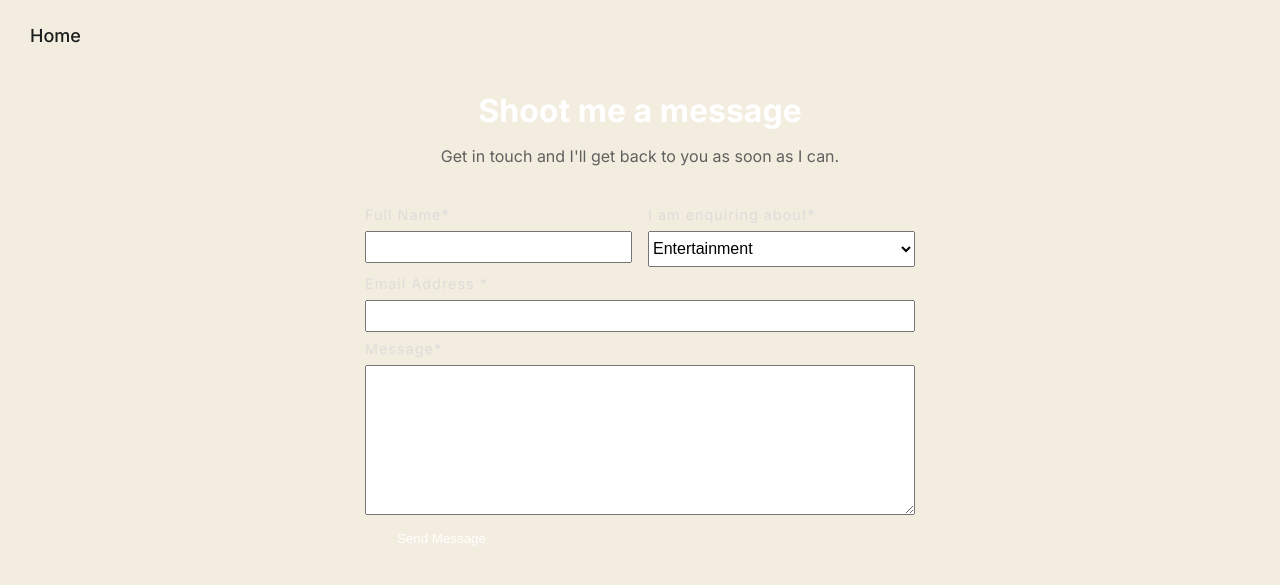
Repository: David-Waite/David-Waite-Portfolio
Page: /contact
The author's editor kept a copy of each file at every save. The page is drawn from the files as they stood at one save, then again after the next save.
The browser window is 1280 px wide. The pictures show the whole page.
The project was rebuilt for these pictures with package versions that can differ from the ones it lists, and the page was loaded fresh each time. The framework's server and built-in components were replaced by stand-ins that run in the browser. Also part of the build but not shown: next.config.js, app/components/Nav/NavButton/navButton.module.css, app/components/Nav/NavButton/NavButton.tsx.

Above is the page before, as saved 2023-07-26 19:59:32.

### app/layout.tsx
import "./globals.css";
import type { Metadata } from "next";
import { Inter } from "next/font/google";
import Link from "next/link";
import NavBar from "./components/Nav/NavBar/NavBar";

const inter = Inter({ subsets: ["latin"] });

export const metadata: Metadata = {
  title: "Create Next App",
  description: "Generated by create next app",
};

export default function RootLayout({
  children,
}: {
  children: React.ReactNode;
}) {
  return (
    <html lang="en">
      <body className={inter.className}>
        <NavBar />
        {children}
      </body>
    </html>
  );
}

### app/contact/page.tsx
import { Metadata, NextPage } from "next/types";
import { Contact } from "../components/Contact/contact";

export const metadata: Metadata = {
  title: "Contact | Fifth Layer Music",
};

const ContactPage: NextPage = () => {
  return <Contact />;
};

export default ContactPage;

### app/contact/send/route.ts
import mail from "@sendgrid/mail";
import { NextResponse } from "next/server";

// Create an api key in sendgrid and store someplace safe
mail.setApiKey(process.env.SENDGRID_API_KEY || "");

type ResponseData = {
  status?: string;
  message?: string;
};

export async function POST(request: Request) {
  let response: ResponseData = {};
  const body = await request.json();
  // I know the formData I sent in my request has name, email, and message fields so I'm just manually grabbing them to format a message
  const message = `
    Name: ${body.name}\r\n
    Enquiring: ${body.enquiring}\r\n
    Email: ${body.email}\r\n
    Message: ${body.message}

  `;
  const data = {
    to: "davidwaite122@gmail.com",
    from: "davidwaiteportfolio@zohomail.com.au",
    subject: "Contact Message via Sendgrid",
    text: message,
    html: message.replace(/\r\n/g, "<br>"),
  };

  // Send the data and create a response object. I'm using status and message to display a success or fail notification in the UI
  await mail
    .send(data)
    .then(() => {
      response = {
        status: "success",
        message: "Your message was sent. I'll be in contact shortly.",
      };
    })
    .catch((error) => {
      response = {
        status: "error",
        message: `Message failed to send with error, ${error}`,
      };
    });

  return NextResponse.json(response);
}

### app/globals.css
:root {
  --primary: #255b48;
  --black: #191d1b;
  --background: #f3eddf;
  --white: #ffffff;
  --grey: #606060;
}

.paragraph {
  font-size: 18px;
  font-style: normal;
  font-weight: 400;
  line-height: 25.2px;
  color: var(--black);
}

body {
  background-color: var(--background);
}

* {
  padding: 0;
  margin: 0;
  box-sizing: border-box;
}

### app/components/Nav/NavBar/NavBar.tsx
"use client";
import NavButton from "../NavButton/NavButton";
import styles from "./navBar.module.css";
import { usePathname } from "next/navigation";

import Link from "next/link";

export default function NavBar() {
  const currentRoute = usePathname();

  return (
    <nav className={styles.container}>
      <Link href={`./${currentRoute === "/" ? "about" : "/"}`}>
        {currentRoute === "/" ? "About" : "Home"}
      </Link>

      {currentRoute !== "/contact" && <NavButton />}
    </nav>
  );
}

### app/components/Contact/contact.tsx
"use client";

import { FormEvent, useState } from "react";
import styles from "./contact.module.css";
import { useSearchParams } from "next/navigation";
export const Contact = () => {
  const [message, setMessage] = useState<string>("");
  const [status, setStatus] = useState<string>("");
  const [disabled, setDisabled] = useState<boolean>(false);
  const searchParams = useSearchParams();

  const enquiry = searchParams.get("enquiry");

  const onContactFormSubmit = async (e: FormEvent<HTMLFormElement>) => {
    e.preventDefault();
    const formData: { [key: string]: string } = {};
    const elements = e.currentTarget.elements as unknown as Array<
      HTMLInputElement | HTMLTextAreaElement | HTMLButtonElement
    >;

    Array.from(elements).forEach((field) => {
      if (!field.name) return;
      formData[field.name] = field.value;
    });

    await fetch("/contact/send", {
      method: "POST",
      body: JSON.stringify(formData),
    })
      .then((res) => res.json())
      .then((res) => {
        setMessage(res.message);
        setStatus(res.status);
        setDisabled(res.message.length > 0);
      });
  };

  return (
    <div className={styles.container}>
      <h1 className="heading3">Shoot me a message</h1>
      <p>Get in touch and I&apos;ll get back to you as soon as I can.</p>

      <form onSubmit={onContactFormSubmit}>
        {message.length > 0 ? (
          <div
            className={`paragraph ${styles.alert} ${
              status ? styles.alertSuccess : styles.alertError
            }`}
          >
            <span>{message}</span>
          </div>
        ) : null}
        <div className={styles.topForm}>
          <div className={styles.inputCon}>
            <label htmlFor="name">
              <span>Full Name*</span>
            </label>
            <input
              type="text"
              name="name"
              id="name"
              required
              disabled={disabled}
            />
          </div>
          <div className={styles.inputCon}>
            <label htmlFor="enquiring">
              <span>I am enquiring about*</span>
            </label>

            <select
              name="enquiring"
              id="enquiring"
              required
              disabled={disabled}
            >
              <option
                selected={enquiry === "entertainment" ? true : false}
                value="Entertainment"
              >
                Entertainment
              </option>
              <option
                selected={enquiry === "studio" ? true : false}
                value="Studio/Recording"
              >
                Studio/Recording
              </option>
              <option
                selected={enquiry === "accompaniment" ? true : false}
                value="Accompaniment"
              >
                Accompaniment
              </option>
              <option value="Other">Other</option>
            </select>
          </div>
        </div>

        <div className={styles.inputCon}>
          <label htmlFor="email">
            <span>Email Address *</span>
          </label>
          <input
            type="email"
            name="email"
            id="email"
            required
            disabled={disabled}
          />
        </div>

        <div className={`${styles.message} ${styles.inputCon}`}>
          <label htmlFor="message">
            <span>Message*</span>
          </label>
          <textarea
            rows={3}
            name="message"
            id="message"
            required
            disabled={disabled}
          ></textarea>
        </div>

        <button type="submit" className={styles.button} disabled={disabled}>
          Send Message
        </button>
      </form>
    </div>
  );
};

### app/components/Nav/NavBar/navBar.module.css
.container {
  display: flex;
  align-items: center;
  justify-content: space-between;
  height: 70px;
  padding: 0 30px;
}

.container a {
  color: var(--black);
  cursor: pointer;
  text-decoration: none;
  font-size: 18px;
  font-weight: 500;
}

### app/components/Contact/contact.module.css
.container {
  min-height: calc(100vh - 216px);
  display: flex;
  flex-direction: column;
  align-items: center;
  justify-content: center;
  color: var(--white);
}

.container h1 {
  color: var(--white);
}

.container h1 {
  margin-bottom: 16px;
}

.container p {
  text-align: center;
  margin-bottom: 40px;
  color: var(--grey);
}

.container form {
  display: flex;
  flex-direction: column;
  gap: 8px;
  position: relative;
}

.topForm {
  display: grid;
  grid-template-columns: 1fr 1fr;
  gap: 16px;
}

.inputCon {
  display: flex;
  flex-direction: column;
  gap: 8px;
}

.message textarea {
  height: 150px;
  width: 550px;
  font-size: 16px;
  padding: 8px;
}
.inputCon label {
  font-size: 14.4px;
  color: #d9d9d9d9;
  margin-bottom: 0px;
  letter-spacing: 1px;
}
.inputCon input {
  font-size: 16px;
  padding-left: 8px;
  height: 32px;
}

.inputCon select {
  height: 36px;
  font-size: 16px;
}

.container form button {
  border-radius: 3px;
  background: var(--BrandGradient);
  padding: 8px 32px;
  margin-right: auto;
  text-align: center;
  border: none;
  color: white;
  cursor: pointer;
}

.container form button:hover {
  background: linear-gradient(90deg, #a020c0 0%, #4417c9 100%);
}
.container form button p {
  margin-bottom: 0;
}

.alert {
  position: absolute;
  top: -33px;
  left: 0px;
  color: var(--white);
  font-size: 16px;
  text-align: center;

  width: 100%;
  border-radius: 3px;
}

.alertSuccess {
  background-color: green;
}

.alertError {
  background-color: red;
}

@media (max-width: 600px) {
  .container {
    padding: 10px;
  }
  .topForm {
    grid-template-columns: 1fr;
    gap: 8px;
  }
  .message textarea {
    width: calc(100vw - 38px);
  }
  .container form {
    width: 100%;
  }
}

After the next save:
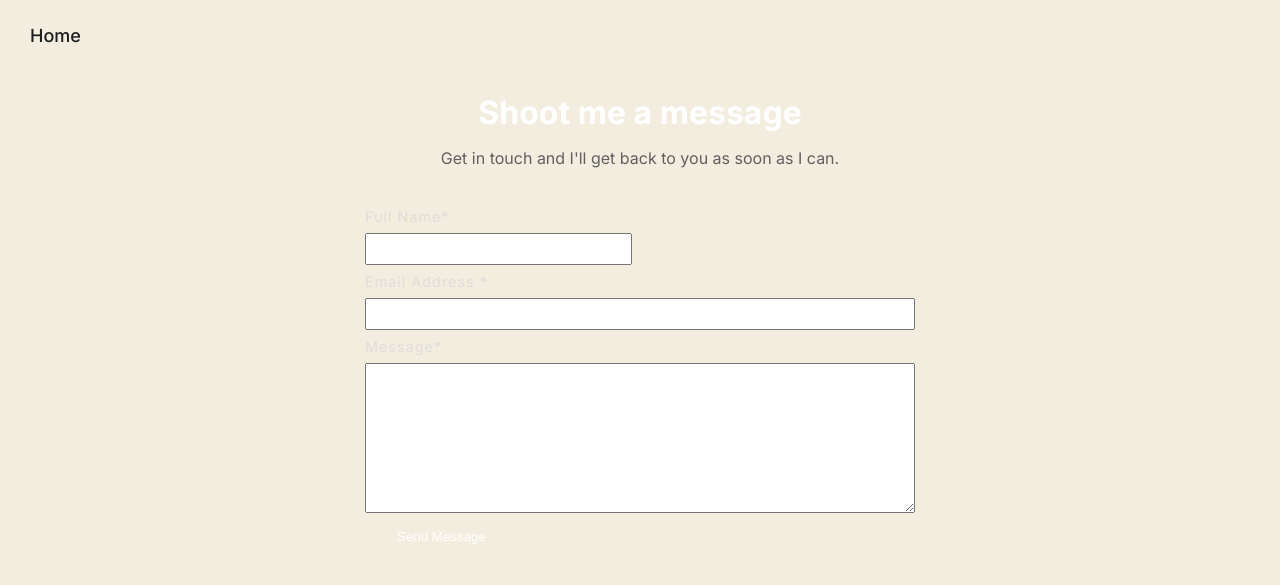
Saved 22 s later.
--- a/app/components/Contact/contact.tsx
+++ b/app/components/Contact/contact.tsx
@@ -63,38 +63,6 @@ export const Contact = () => {
               disabled={disabled}
             />
           </div>
-          <div className={styles.inputCon}>
-            <label htmlFor="enquiring">
-              <span>I am enquiring about*</span>
-            </label>
-
-            <select
-              name="enquiring"
-              id="enquiring"
-              required
-              disabled={disabled}
-            >
-              <option
-                selected={enquiry === "entertainment" ? true : false}
-                value="Entertainment"
-              >
-                Entertainment
-              </option>
-              <option
-                selected={enquiry === "studio" ? true : false}
-                value="Studio/Recording"
-              >
-                Studio/Recording
-              </option>
-              <option
-                selected={enquiry === "accompaniment" ? true : false}
-                value="Accompaniment"
-              >
-                Accompaniment
-              </option>
-              <option value="Other">Other</option>
-            </select>
-          </div>
         </div>
 
         <div className={styles.inputCon}>
